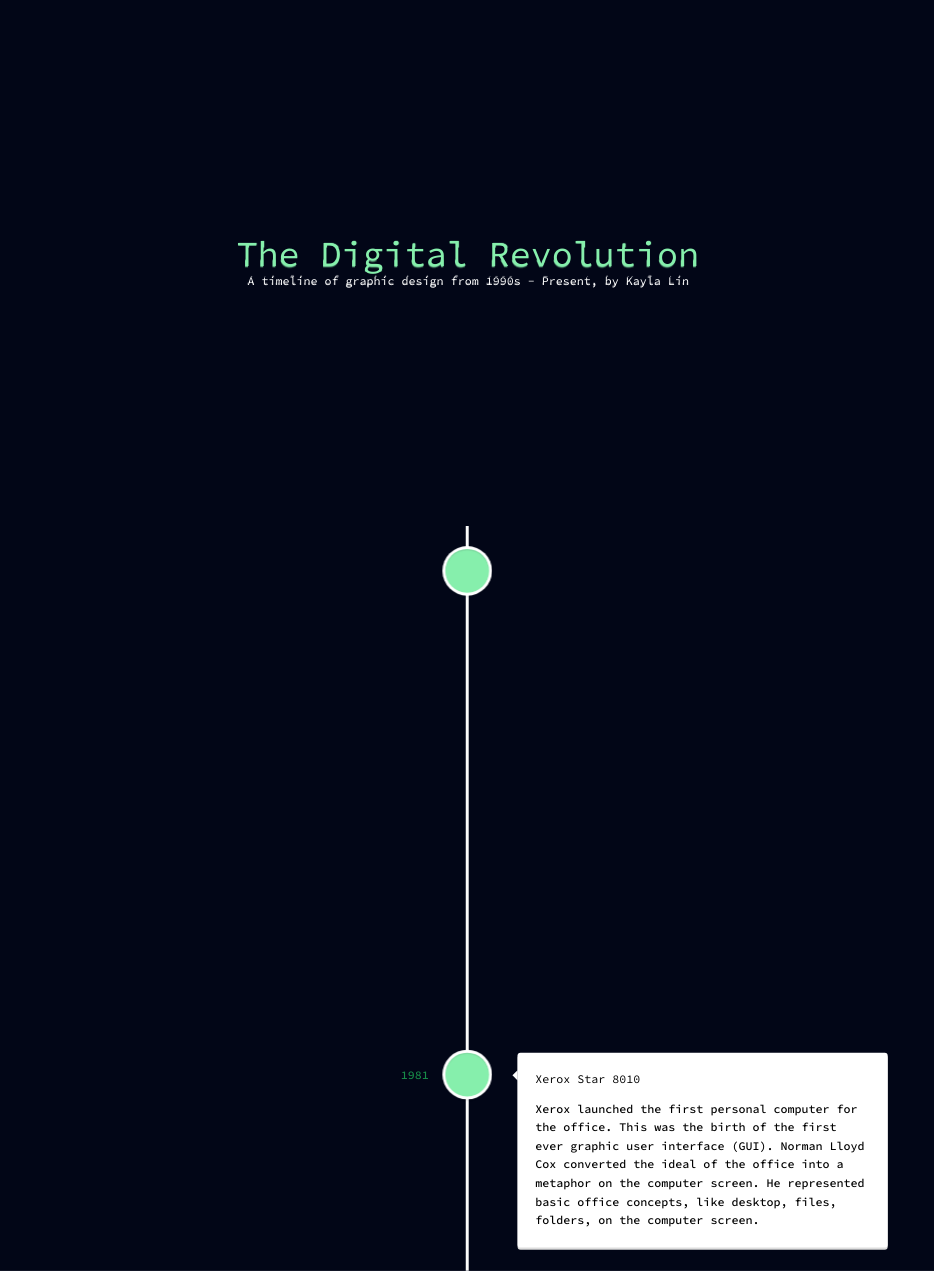
Repository: kayla-lin/graphic-design-timeline
Page: /
These files come from the project's save history. The page is drawn as it stood at one moment and after the next save; the edit follows.
The browser window is 1280 px wide. The pictures show the whole page, at 73% of full size.
The project was rebuilt for these pictures with package versions that can differ from the ones it lists, and the page was loaded fresh each time. The framework's server and built-in components were replaced by stand-ins that run in the browser. Also part of the build but not shown: next.config.js.

Above is the page before, as saved 2023-05-01 19:28:18.

### pages/index.tsx
import Image from "next/image";
import { Source_Code_Pro } from "next/font/google";
import Introduction from "./components/Introduction";
import "react-vertical-timeline-component/style.min.css";
import {
  VerticalTimeline,
  VerticalTimelineElement,
} from "react-vertical-timeline-component";
import TimelineElement from "./components/TimelineElement";

const source = Source_Code_Pro({ subsets: ["latin"] });

export default function Home() {
  return (
    <main className={`${source.className} bg-slate-950`}>
      <Introduction />
      <VerticalTimeline>
        <TimelineElement
          title="Rise of Skeuomorphism"
          date="1980s"
          img="skeumorphic.png"
          altImg="Skeuomorphism"
          desc={
            "Skeuomorphism is a useful concept for design. It involves creating a design that mimics its real life counterpart. For example, an icon of a trash can for deleting files, or a floppy disk for the save functionality. It was useful because of its design affordance: a shape that suggests its use. Since graphical interfaces on the computer were new. Computer interfaces would be much more intuitive with skeuomorphism Skeuomorphism designs often had beveled edges, gradients, and reflections."
          }
        />
        <TimelineElement
          title="Xerox Star 8010"
          date="1981"
          desc={
            "Xerox launched the first personal computer for the office. This was the birth of the first ever graphic user interface (GUI).  Norman Lloyd Cox converted the ideal of the office into a metaphor on the computer screen. He represented basic office concepts, like desktop, files, folders, on the computer screen."
          }
        />
      </VerticalTimeline>
    </main>
  );
}

### styles/globals.css
@tailwind base;
@tailwind components;
@tailwind utilities;

@import url("https://fonts.googleapis.com/css?family=Fira+Mono:400");

.glitch {
  animation: glitch 1s linear infinite;
}

@keyframes glitch {
  2%,
  64% {
    transform: translate(2px, 0) skew(0deg);
  }
  4%,
  60% {
    transform: translate(-2px, 0) skew(0deg);
  }
  62% {
    transform: translate(0, 0) skew(5deg);
  }
}

.glitch:before,
.glitch:after {
  content: attr(title);
  position: absolute;
  left: 0;
}

.glitch:before {
  animation: glitchTop 1s linear infinite;
  clip-path: polygon(0 0, 100% 0, 100% 33%, 0 33%);
  -webkit-clip-path: polygon(0 0, 100% 0, 100% 33%, 0 33%);
}

@keyframes glitchTop {
  2%,
  64% {
    transform: translate(2px, -2px);
  }
  4%,
  60% {
    transform: translate(-2px, 2px);
  }
  62% {
    transform: translate(13px, -1px) skew(-13deg);
  }
}

.glitch:after {
  animation: glitchBotom 1.5s linear infinite;
  clip-path: polygon(0 67%, 100% 67%, 100% 100%, 0 100%);
  -webkit-clip-path: polygon(0 67%, 100% 67%, 100% 100%, 0 100%);
}

@keyframes glitchBotom {
  2%,
  64% {
    transform: translate(-2px, 0);
  }
  4%,
  60% {
    transform: translate(-2px, 0);
  }
  62% {
    transform: translate(-22px, 5px) skew(21deg);
  }
}

### pages/components/Introduction/index.tsx
import React from "react";

const Introduction = () => {
  return (
    <section className="h-screen w-screen text-white flex flex-col justify-center items-center">
      <h1
        title="The Digital Revolution"
        className="glitch text-5xl text-green-300"
      >
        The Digital Revolution
      </h1>
      <div
        className="glitch"
        title="A timeline of graphic design from 1990s - Present, by Kayla Lin"
      >
        A timeline of graphic design from 1990s - Present, by Kayla Lin
      </div>
    </section>
  );
};

export default Introduction;

### pages/components/TimelineElement/index.tsx
import Image from "next/image";
import React, { FC } from "react";
import { VerticalTimelineElement } from "react-vertical-timeline-component";

interface Props {
  title: string;
  subTitle?: string;
  date: string;
  desc: string;
  img?: string;
  altImg?: string;
}

const TimelineElement: FC<Props> = ({
  title,
  subTitle,
  desc,
  img,
  date,
  altImg,
}) => {
  return (
    <VerticalTimelineElement
      className="vertical-timeline-element--work"
      date={date}
      iconStyle={{
        background: "rgb(134 239 172)",
        color: "#fff",
      }}
      dateClassName="text-green-500"
    >
      <h3 className="vertical-timeline-element-title">{title}</h3>
      {img && altImg && (
        <div className="h-64 w-100 relative">
          <Image
            src={`/img/${img}`}
            alt={altImg}
            layout="fill" // required
            objectFit="cover" // change to suit your needs
          />
        </div>
      )}
      {subTitle && (
        <h4 className="vertical-timeline-element-subtitle">{subTitle}</h4>
      )}
      <p>{desc}</p>
    </VerticalTimelineElement>
  );
};

export default TimelineElement;

Loaded but not shown: pages/_app.tsx (common file); pages/_document.tsx (common file); tailwind.config.js (common file)

After the next save:
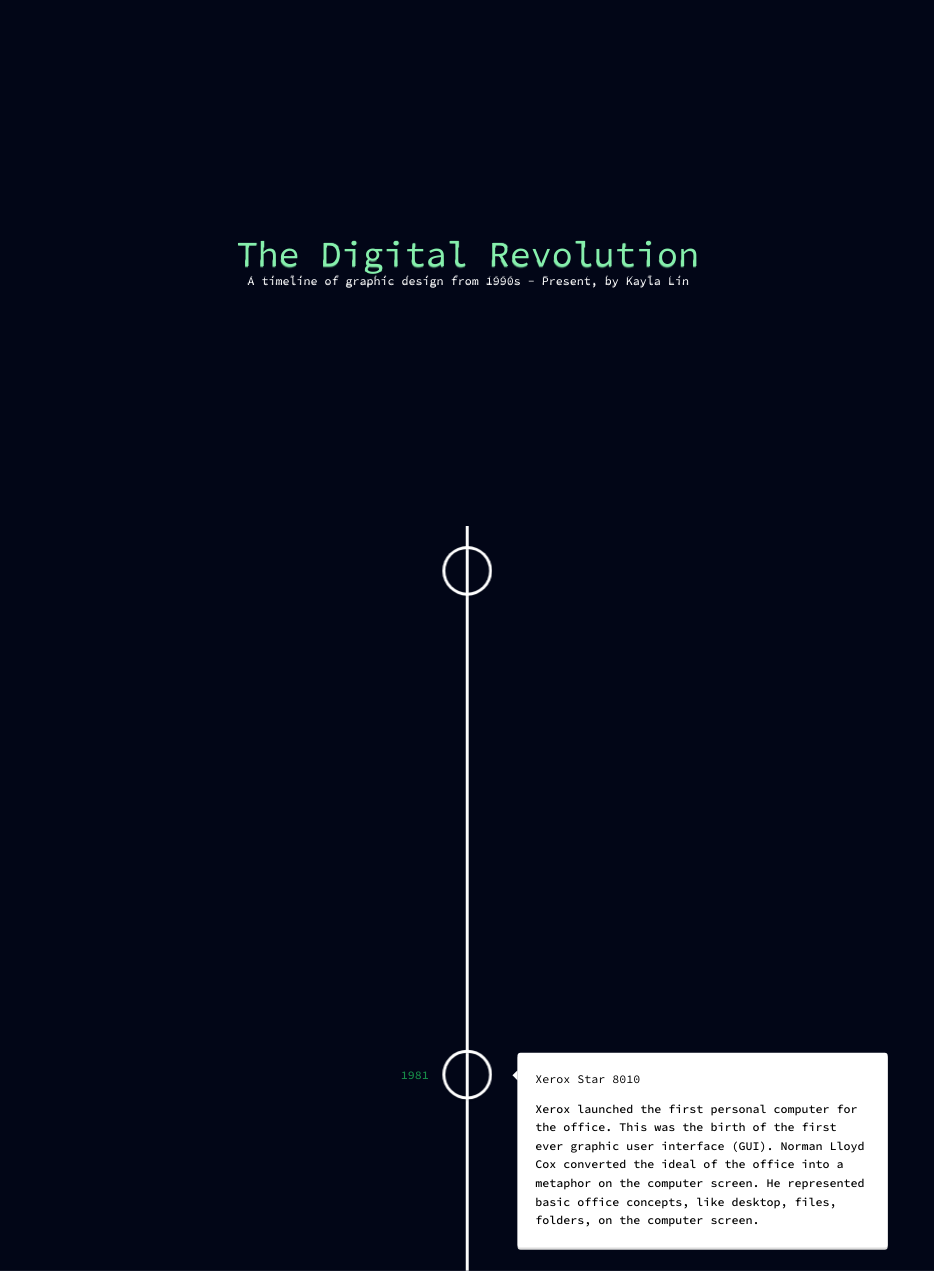
Saved 74 s later.
--- a/pages/components/TimelineElement/index.tsx
+++ b/pages/components/TimelineElement/index.tsx
@@ -23,10 +23,6 @@
     <VerticalTimelineElement
       className="vertical-timeline-element--work"
       date={date}
-      iconStyle={{
-        background: "rgb(134 239 172)",
-        color: "#fff",
-      }}
       dateClassName="text-green-500"
     >
       <h3 className="vertical-timeline-element-title">{title}</h3>

After the save that followed:
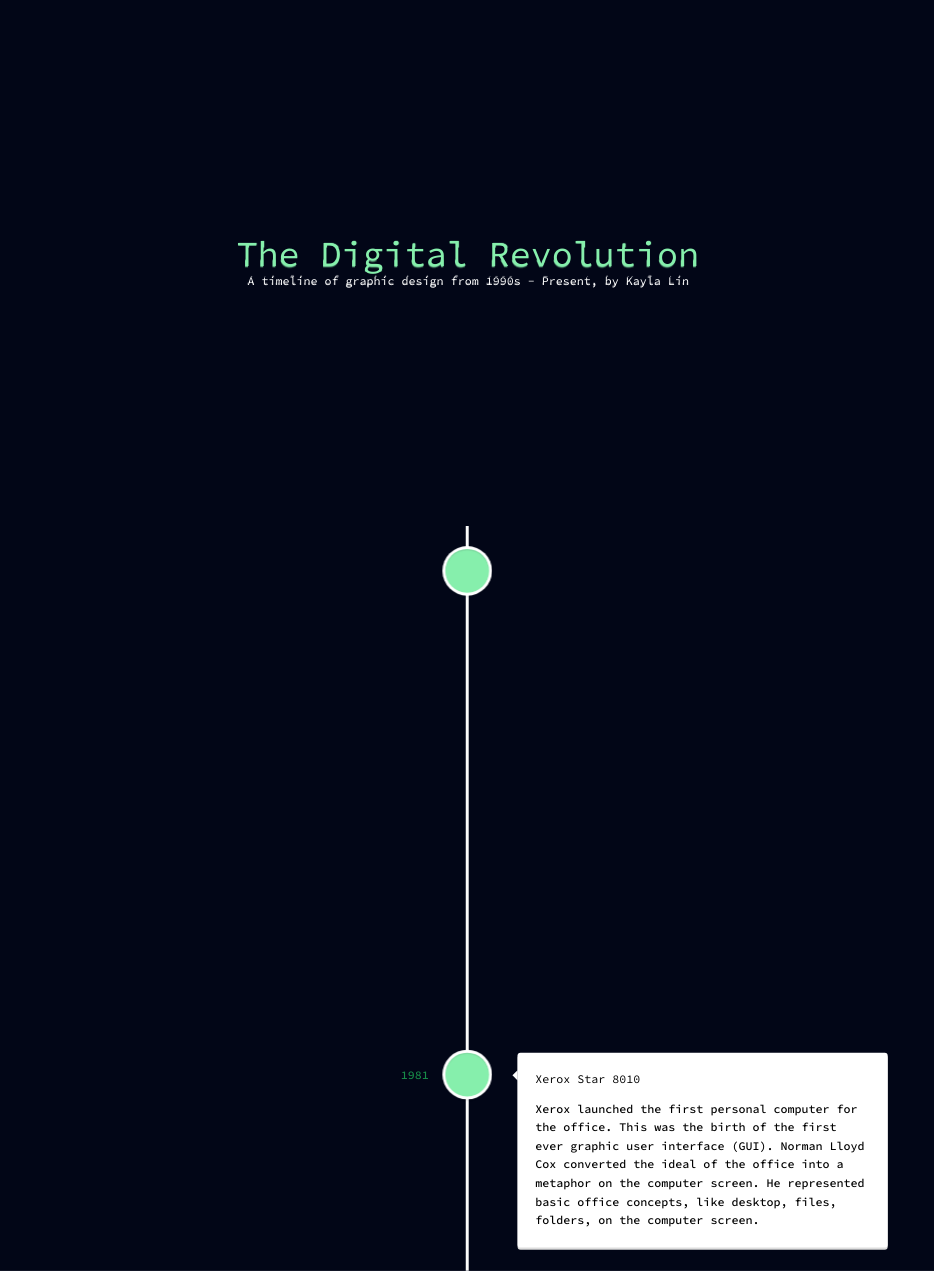
Saved 4 s later.
--- a/pages/components/TimelineElement/index.tsx
+++ b/pages/components/TimelineElement/index.tsx
@@ -23,6 +23,10 @@
     <VerticalTimelineElement
       className="vertical-timeline-element--work"
       date={date}
+      iconStyle={{
+        background: "rgb(134 239 172)",
+        color: "#fff",
+      }}
       dateClassName="text-green-500"
     >
       <h3 className="vertical-timeline-element-title">{title}</h3>
